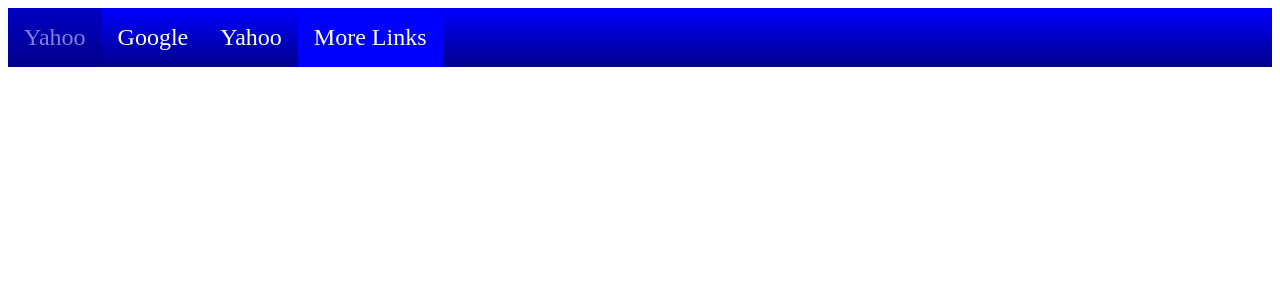
Repository: jason-ward220/jason-ward220.github.io
Page: index.html
The author's editor kept a record of every edit. The page is drawn from the files as they stood at one moment, then again after the next edit.
The browser window is 1280 px wide. The pictures show the whole page.
The pointer rests on the first visible `.navbar a`.

Above is the page before.

### index.html
<!DOCTYPE html>
<html>
    <head>
        <title>repl.it</title>
        <style>
            .navbar
            {
                background-image: linear-gradient(blue, darkBlue);
                overflow: hidden;
            }
            .navbar a
            {
                color: white;
                font-size: 24px;
                text-decoration: none;
                padding: 16px;
                float: left;
            }
            .morelinks
            {
                color: white;
                font-size: 24px;
                text-decoration: none;
                padding: 16px;
            }
            .navbar a:hover, .morelinks:hover
            {
                background-color: darkBlue;
                opacity: 0.5;
            }
            .dropdown:hover .dropdown-content
            {
                display: block;
            }
            .dropdown-content
            {
                position: absolute;
                z-index: 1;
                display: none;
                background-color: blue;
            }
            .dropdown
            {
                background-color: blue;
                color: white;
                float: left;
                text-decoration: none;
                font-size: 24px;
            }
            .dropdown-content a
            {
                float: none;
                display: block;
            }
        </style>
    </head>
    <body>
        <div class="navbar">
            <a href="https://www.yahoo.com">Yahoo</a>
            <a href="https://www.google.com">Google</a>
            <a href="https://www.yahoo.com">Yahoo</a>
            <div class="dropdown">
                <div class="morelinks">More Links</div>
                <div class="dropdown-content">
                    <a href="https://www.awseducate.com">AWS Educate</a>
                    <a href="https://www.collegeboard.org">College Board</a>
                </div>
            </div>
        </div>
    </body>
</html>

After the next edit:
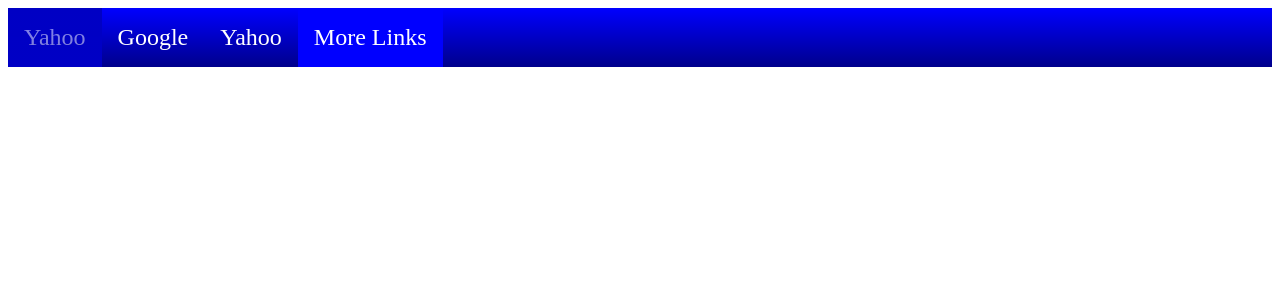
The edit:
--- a/index.html
+++ b/index.html
@@ -25,7 +25,7 @@
             }
             .navbar a:hover, .morelinks:hover
             {
-                background-color: darkBlue;
+                background-image: linear-gradient(darkBlue, blue);
                 opacity: 0.5;
             }
             .dropdown:hover .dropdown-content
